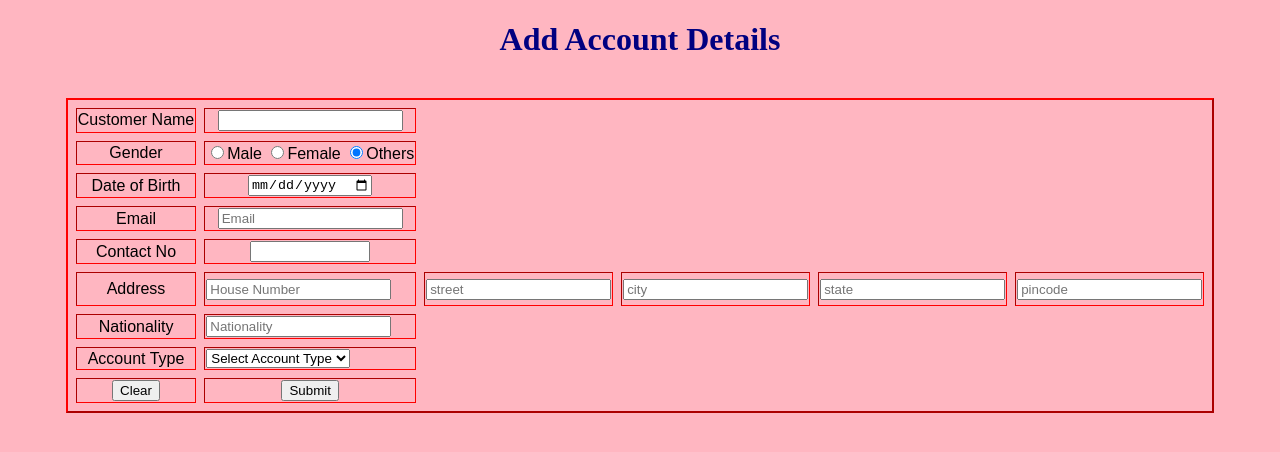
Repository: Rccalfa123/OnlineBankingApp
Page: http://localhost/AlfaAlfaBankApp/addNewAccount.jsp
These files come from the project's save history. The page is drawn as it stood at one moment and after the next save; the edit follows.
The browser window is 1280 px wide. The pictures show the whole page.
The page is served by Tomcat 9. Other server files are loaded and not shown.

Above is the page before, as saved 2018-08-10 16:00:19.

### AlfaAlfaBankApp/WebContent/addNewAccount.jsp
<%@ page language="java" contentType="text/html; charset=ISO-8859-1"
	pageEncoding="ISO-8859-1"%>
<%@taglib prefix="alfa" uri="http://java.sun.com/jsp/jstl/core"%>
<!DOCTYPE html>
<html>
<head>

<link rel="stylesheet" type="text/css" href="mystyle.css">

<style type="text/css">
.toBeHidden {
	display: none;
}


</style>

<script type="text/javascript">

  function checkAccountType(accountTypeShow) {
	if(accountTypeShow.value =="savingAccount"){
		document.getElementById("salaried").style.display="block";
		document.getElementById("overDraft").style.display="none";
		document.getElementById("curBalance").style.display="none";
		document.getElementById("savNotSalBalance").style.display="none";
		document.getElementById("savSalBalance").style.display="none";

	}
		else if(accountTypeShow.value =="currentAccount"){
			document.getElementById("overDraft").style.display="block";
			document.getElementById("curBalance").style.display="block";
			document.getElementById("salaried").style.display="none";
			document.getElementById("savNotSalBalance").style.display="none";
			document.getElementById("savSalBalance").style.display="none";
		}
}
  function checkSalariedType(SalaryTypeShow) {
		if(SalaryTypeShow.value =="salaried"){
			document.getElementById("savSalBalance").style.display="block";
			document.getElementById("savNotSalBalance").style.display="none";

		}
  			else if(SalaryTypeShow.value =="notSalaried"){
				document.getElementById("savNotSalBalance").style.display="block";
				document.getElementById("savSalBalance").style.display="none";
			}
	}


  function resetAll()
  {
	    document.getElementById("salaried").style.display="none";
		document.getElementById("overDraft").style.display="none";
		document.getElementById("curBalance").style.display="none";
		document.getElementById("savNotSalBalance").style.display="none";
		document.getElementById("savSalBalance").style.display="none";

  }

  function checkDate(obj){
		 var ageDif = Date.now()-(new Date(obj.value)).getTime();
		 var ageDate = new Date(ageDif);
		 if(Math.abs(ageDate.getUTCFullYear()-1970) < 18 )
			 {
			   alert("Minimum age Should be 18 .");
			   obj.value = 0;
			 }

		 }


</script>

<meta charset="ISO-8859-1">
<title>Insert title here</title>
</head>
<body>
	<form action="addNewAccount.app" method="get">
		<h1 align="center">Add Account Details</h1>
		<br>

		<table align="center" cellspacing="8" border="2">
			<tr>
				<td align="center">Customer Name</td>
				<td align="center"><input type="text" name="customerName"></td>
			</tr>

			<tr>
				<td align="center">Gender</td>
				<td align="center"><input type="radio" name="gender" value="male"
					checked="checked">Male <input type="radio" name="gender"
					value="female" checked="checked">Female <input type="radio"
					name="gender" value="others" checked="checked">Others</td>
			</tr>
			<tr>
				<td align="center">Date of Birth</td>
				<td align="center"><input type="date" name="dob" onchange="checkDate(this);"></td>
			</tr>
			<tr>
				<td align="center">Email</td>
				<td align="center"><input type="email" name="email" placeholder="Email"></td>
			</tr>
			<tr>
				<td align="center">Contact No</td>
				<td align="center"><input type="number" name="contact_no"  min="6000000000"  max="9999999999"></td>
			</tr>

			<tr>
				<td align="center" height="30">Address</td>
				<td ><input type="text" name="houseNo" placeholder="House Number"></td>
				<td align="center"><input type="text" name="street" placeholder="street"></td>
				<td align="center"><input type="text" name="city" placeholder="city"></td>
				<td align="center"><input type="text" name="state" placeholder="state"></td>
				<td align="center"><input type="number" name="pincode" placeholder="pincode"></td>
			</tr>

			<tr>
				<td align="center">Nationality</td>
				<td><input type="text" name="nationality" placeholder="Nationality"></td>
			</tr>

			<tr>
				<td align="center">Account Type</td>
				<td><select name="accountType" onchange="checkAccountType(this);">
						<option id="" value="">Select Account Type</option>
						<option id="savingAccount" value="savingAccount">Saving Account</option>
						<option id="currentAccount" value="currentAccount">Current Account</option>
				</select></td>
			</tr>

			<tr id="salaried" class="toBeHidden">
				<td align="center">isSalaried</td>
				<td><input type="radio" name="salaried" value="salaried"   checked="checked" onchange="checkSalariedType(this);">Salaried
					<input type="radio" name="salaried" value="notSalaried" checked="checked" onchange="checkSalariedType(this);">Notsalaried
				</td>
			</tr>

			<tr id="savSalBalance" class="toBeHidden">
				<td align="center">savSEnter Balance</td>
				<td><input type="number" name="savSbalance" min="0"></td>
			</tr>

			<tr id="savNotSalBalance" class="toBeHidden">
				<td align="center">savNEnter Balance</td>
				<td><input type="number" name="savNbalance" min="5000"></td>
			<tr id="overDraft" class="toBeHidden">
				<td align="center">Over Draft Limit</td>
				<td><input type="number" name="overDraft"></td>
			</tr>

			<tr id="curBalance" class="toBeHidden">
				<td align="center">curEnter Balance</td>
				<td><input type="number" name="curbalance" min="10000"></td>
			</tr>

			<tr>
				<td align="center"><input type="reset" value="Clear" onclick="resetAll();"></td>
				<td align="center"><input type="submit" value="Submit"></td>
			</tr>
		</table>
	</form>


</body>
</html>

### AlfaAlfaBankApp/WebContent/mystyle.css
@charset "ISO-8859-1";

body {
    background-color: lightpink;
}

h1 {
    color: navy;
}

td{

 font-family: sans-serif;

}

table {
	border-color: red;
	border-right: 2px 2px 2px 2px ;
}

a{
	text-decoration: none;
	color: green;
}

After the next save:
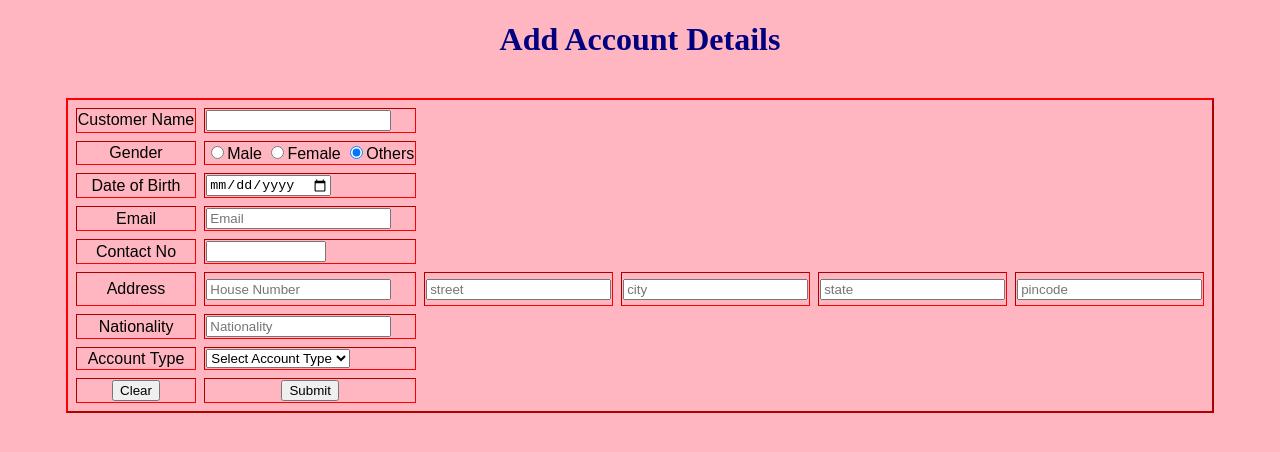
Saved 27 s later.
--- a/AlfaAlfaBankApp/WebContent/addNewAccount.jsp
+++ b/AlfaAlfaBankApp/WebContent/addNewAccount.jsp
@@ -82,27 +82,27 @@
 		<table align="center" cellspacing="8" border="2">
 			<tr>
 				<td align="center">Customer Name</td>
-				<td align="center"><input type="text" name="customerName"></td>
+				<td><input type="text" name="customerName"></td>
 			</tr>
 
 			<tr>
 				<td align="center">Gender</td>
-				<td align="center"><input type="radio" name="gender" value="male"
+				<td><input type="radio" name="gender" value="male"
 					checked="checked">Male <input type="radio" name="gender"
 					value="female" checked="checked">Female <input type="radio"
 					name="gender" value="others" checked="checked">Others</td>
 			</tr>
 			<tr>
 				<td align="center">Date of Birth</td>
-				<td align="center"><input type="date" name="dob" onchange="checkDate(this);"></td>
+				<td><input type="date" name="dob" onchange="checkDate(this);"></td>
 			</tr>
 			<tr>
 				<td align="center">Email</td>
-				<td align="center"><input type="email" name="email" placeholder="Email"></td>
+				<td><input type="email" name="email" placeholder="Email"></td>
 			</tr>
 			<tr>
 				<td align="center">Contact No</td>
-				<td align="center"><input type="number" name="contact_no"  min="6000000000"  max="9999999999"></td>
+				<td><input type="number" name="contact_no"  min="6000000000"  max="9999999999"></td>
 			</tr>
 
 			<tr>
